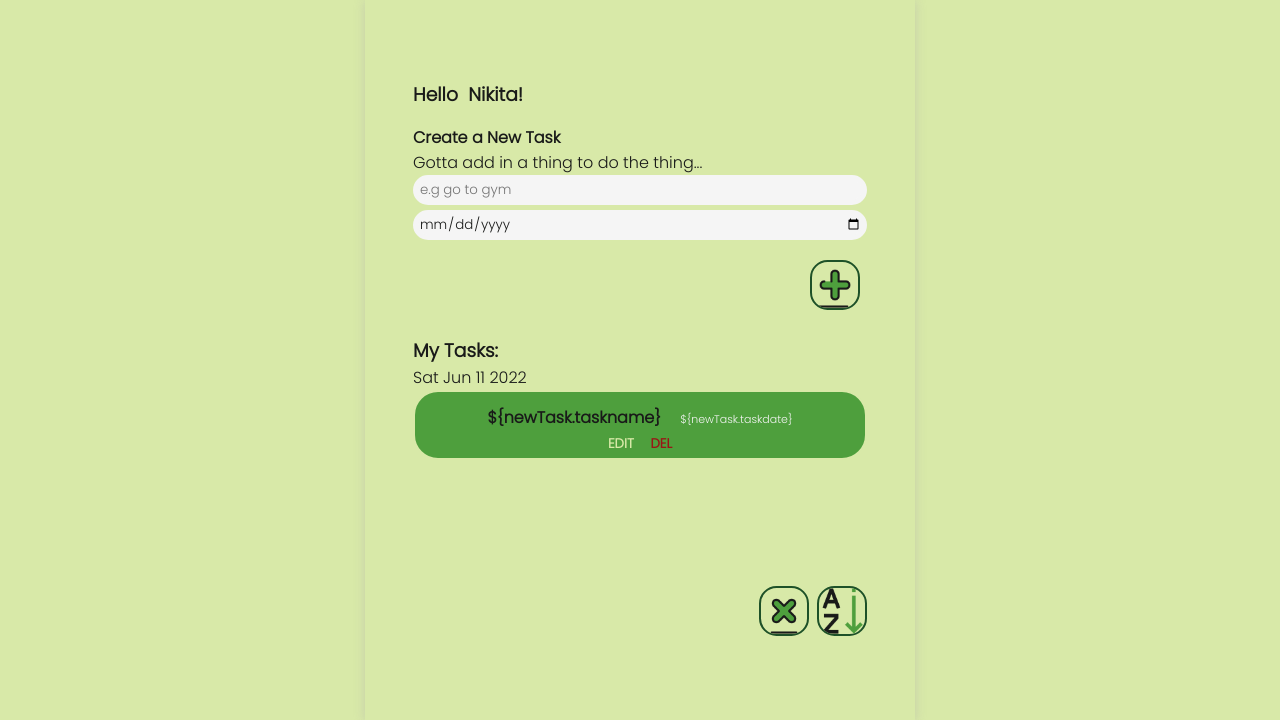
Repository: acidpixie/todo-app-version3
Page: index.html
The author's editor kept a copy of each file at every save. The page is drawn from the files as they stood at one save, then again after the next save.
The browser window is 1280 px wide. The pictures show the whole page.

Above is the page before, as saved 2022-06-11 21:02:28.

After the next save:
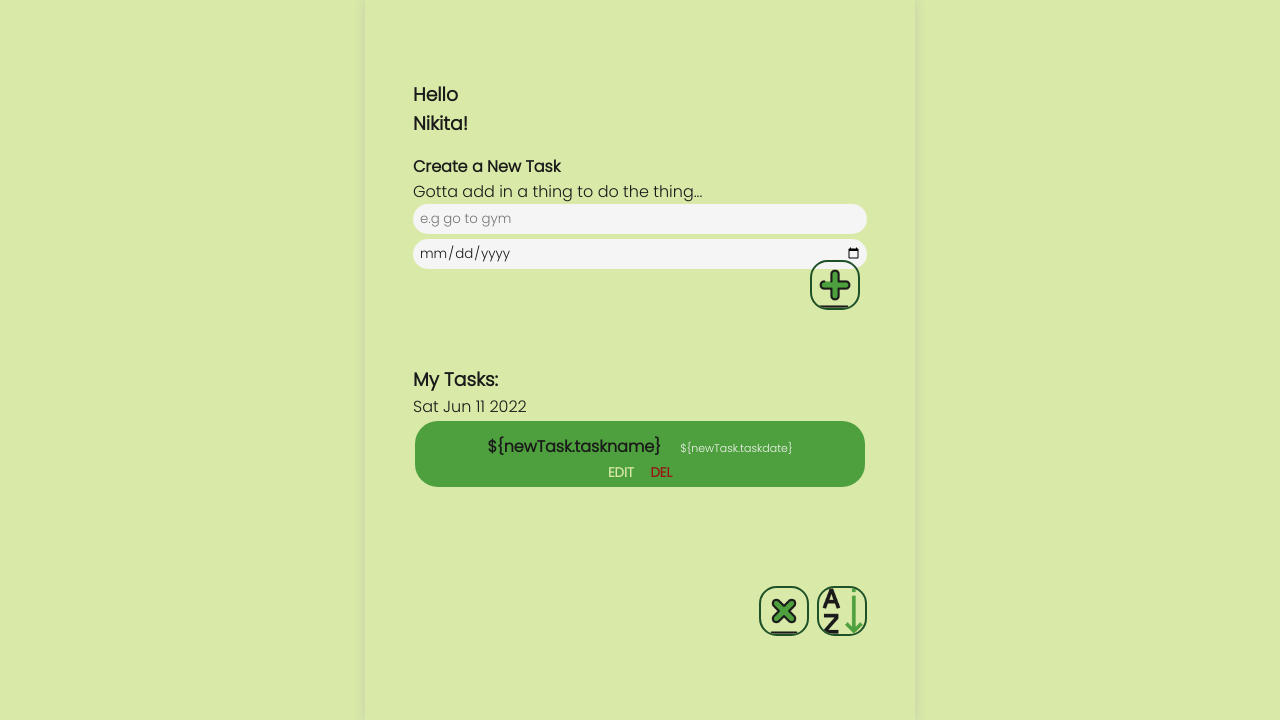
Saved 2 min 20 s later.
--- a/css/stylesheet.css
+++ b/css/stylesheet.css
@@ -129,7 +129,6 @@ li {
 
 .completed-task {
     text-decoration: line-through;
-    background-color: #D8E9A8;
   }
 
 .completed {
@@ -146,8 +145,3 @@ li {
 .list-input {
     font-weight: 600;
 }
-
-h3 {
-    display: flex;
-    flex-direction: row;
-}
